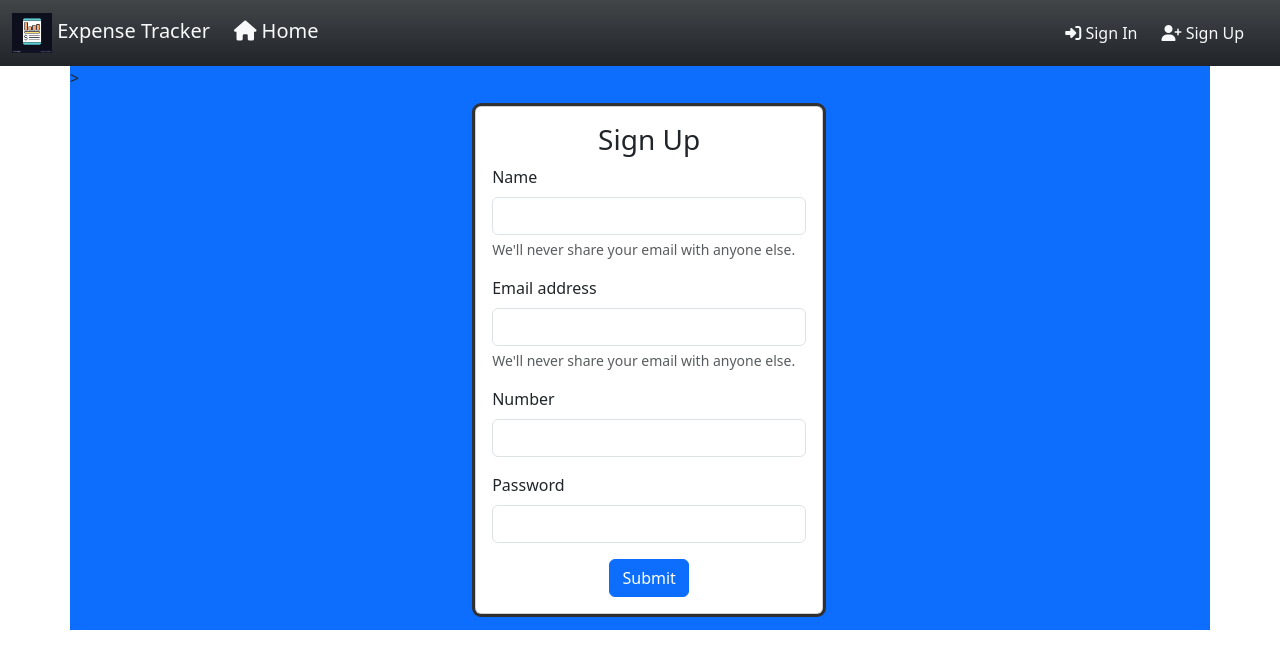
Repository: Gaurav560/OnlineExpenseTracker
Page: http://localhost/Online_Expense_Tracker/register.jsp
The author's editor kept a copy of each file at every save. The page is drawn from the files as they stood at one save, then again after the next save.
The browser window is 1280 px wide. The pictures show the whole page.
The page is served by Tomcat 9. Other server files are loaded and not shown.

Above is the page before, as saved 2023-05-04 15:10:48.

### Online_Expense_Tracker/src/main/webapp/register.jsp
<%@ page language="java" contentType="text/html; charset=ISO-8859-1"
	pageEncoding="ISO-8859-1"%>
<!DOCTYPE html>
<html>
<head>
<meta charset="ISO-8859-1">
<title>Insert title here</title>
<%@include file="component/all_css.jsp"%>
</head>
<style>

</style>
<body>
	<!-- NAVBAR starts here -->
	<%@include file="component/navbar.jsp"%>
	<!-- NAVBAR ends here  -->

	<div class="container bg-primary" >
		<div class="row"> >
			<div class="col-md-4 offset-md-4 p-3  ">
				<div class="card mt-4"
					style="box-shadow: rgba(0, 0, 0, 0.16) 0px 1px 4px, rgb(51, 51, 51) 0px 0px 0px 3px;">
					<div class="card-body">
						<h3 class="card-title text-center">Sign Up</h3>

						<form>


							<div class="mb-3">
								<label for="exampleInputName1" class="form-label">Name </label>
								<input type="text" class="form-control" id="exampleInputName1"
									aria-describedby="nameHelp">
								<div id="emailHelp" class="form-text">We'll never share
									your email with anyone else.</div>
							</div>
							<div class="mb-3">
								<label for="exampleInputEmail1" class="form-label">Email
									address</label> <input type="email" class="form-control"
									id="exampleInputEmail1" aria-describedby="emailHelp">
								<div id="emailHelp" class="form-text">We'll never share
									your email with anyone else.</div>
							</div>

							<div class="mb-3">
								<label for="exampleInputnumber1" class="form-label">Number
								</label> <input type="number" class="form-control"
									id="exampleInputNumber1" aria-describedby="numberHelp">
								<div id="numberHelp" class="form-text"></div>
							</div>
							<div class="mb-3">
								<label for="exampleInputPassword1" class="form-label">Password</label>
								<input type="password" class="form-control"
									id="exampleInputPassword1">
							</div>
							<div class="text-center">

								<button type="submit" class="btn btn-primary">Submit</button>
							</div>

						</form>


					</div>
				</div>






			</div>







		</div>

	</div>



</body>
</html>

### Online_Expense_Tracker/src/main/webapp/component/all_css.jsp
<!--css cdn   -->
<link
	href="https://cdn.jsdelivr.net/npm/bootstrap@5.3.0-alpha3/dist/css/bootstrap.min.css"
	rel="stylesheet"
	integrity="sha384-KK94CHFLLe+nY2dmCWGMq91rCGa5gtU4mk92HdvYe+M/SXH301p5ILy+dN9+nJOZ"
	crossorigin="anonymous">



<!-- font awesome cdn  -->

<link rel="stylesheet"
	href="https://cdnjs.cloudflare.com/ajax/libs/font-awesome/6.4.0/css/all.min.css"
	integrity="sha512-iecdLmaskl7CVkqkXNQ/ZH/XLlvWZOJyj7Yy7tcenmpD1ypASozpmT/E0iPtmFIB46ZmdtAc9eNBvH0H/ZpiBw=="
	crossorigin="anonymous" referrerpolicy="no-referrer" />



<!--  js cdn -->
	<script
		src="https://cdn.jsdelivr.net/npm/bootstrap@5.3.0-alpha3/dist/js/bootstrap.bundle.min.js"
		integrity="sha384-ENjdO4Dr2bkBIFxQpeoTz1HIcje39Wm4jDKdf19U8gI4ddQ3GYNS7NTKfAdVQSZe"
		crossorigin="anonymous"></script>

### Online_Expense_Tracker/src/main/webapp/component/navbar.jsp
<!--Navbar starts here  -->


	<nav class="navbar navbar-expand-lg bg-dark  bg-gradient">
		<div class="container-fluid">
			<a class="navbar-brand text-light" href="#"><img
				src="img/expenseTracker.jpg" style="height: 40px; width: 40px;">
				Expense Tracker</a>
			<button class="navbar-toggler" type="button"
				data-bs-toggle="collapse" data-bs-target="#navbarSupportedContent"
				aria-controls="navbarSupportedContent" aria-expanded="false"
				aria-label="Toggle navigation">
				<span class="navbar-toggler-icon"></span>
			</button>
			<div class="collapse navbar-collapse" id="navbarSupportedContent">

				<ul class="navbar-nav me-auto mb-2 mb-lg-0">
					<li class="nav-item"><a class="nav-link active text-light fs-5 mb-1"
						aria-current="page" href="index.jsp"><i class="fa-solid fa-house"></i>
							Home</a></li>

				</ul>


				<ul class="navbar-nav ms-auto mb-2 mb-lg-0 me-3">

					<li class="nav-item me-2"><a class="nav-link active text-light"
						href="login.jsp"><i class="fa-solid fa-right-to-bracket"></i> Sign In</a></li>


					<li class="nav-item "><a class="nav-link active text-light "
						href="register.jsp"><i class="fa-solid fa-user-plus"></i> Sign Up</a></li>

				</ul>


			</div>
		</div>
	</nav>
	<!-- Navbar ends here  -->

After the next save:
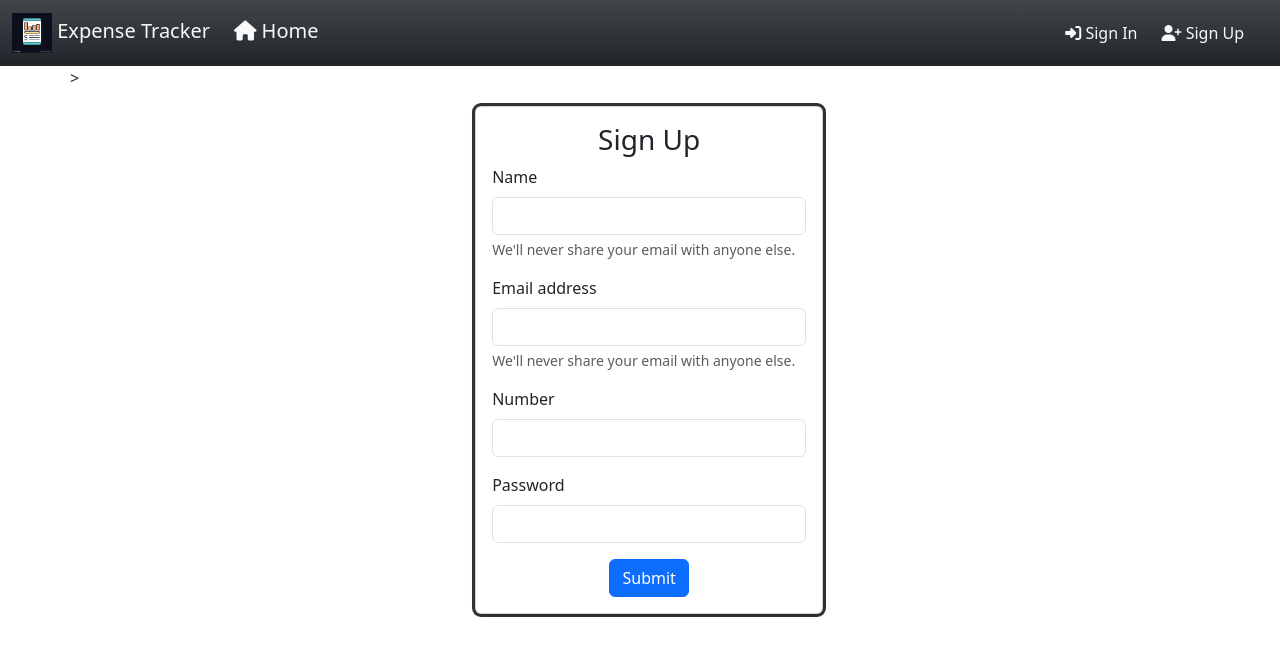
Saved 17 s later.
--- a/Online_Expense_Tracker/src/main/webapp/register.jsp
+++ b/Online_Expense_Tracker/src/main/webapp/register.jsp
@@ -15,7 +15,7 @@
 	<%@include file="component/navbar.jsp"%>
 	<!-- NAVBAR ends here  -->
 
-	<div class="container bg-primary" >
+	<div class="container" >
 		<div class="row"> >
 			<div class="col-md-4 offset-md-4 p-3  ">
 				<div class="card mt-4"

After the save that followed:
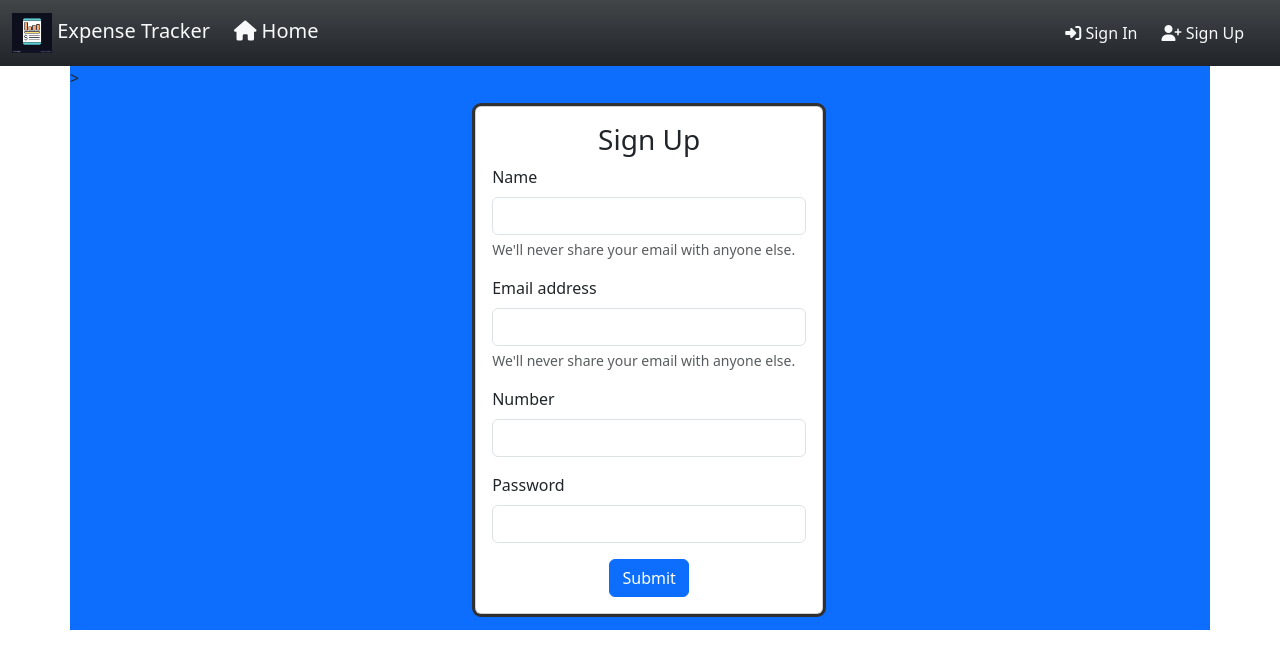
Saved 16 s later.
--- a/Online_Expense_Tracker/src/main/webapp/register.jsp
+++ b/Online_Expense_Tracker/src/main/webapp/register.jsp
@@ -15,7 +15,7 @@
 	<%@include file="component/navbar.jsp"%>
 	<!-- NAVBAR ends here  -->
 
-	<div class="container" >
+	<div class="container bg-primary" >
 		<div class="row"> >
 			<div class="col-md-4 offset-md-4 p-3  ">
 				<div class="card mt-4"
